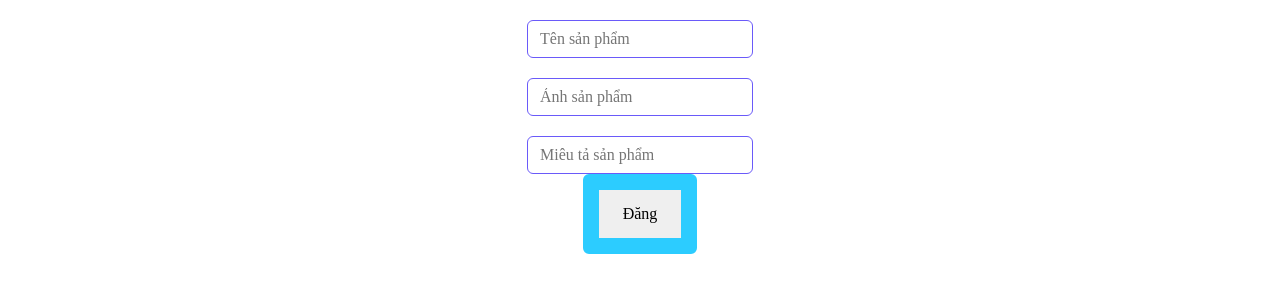
Repository: nguyennam1029/tettt
Page: index.html
An editor plug-in stored every save of this project. The page is shown before and after the next save, followed by the edit.
The browser window is 1280 px wide. The pictures show the whole page.

Above is the page before, as saved 2022-05-30 15:14:04.

After the next save:
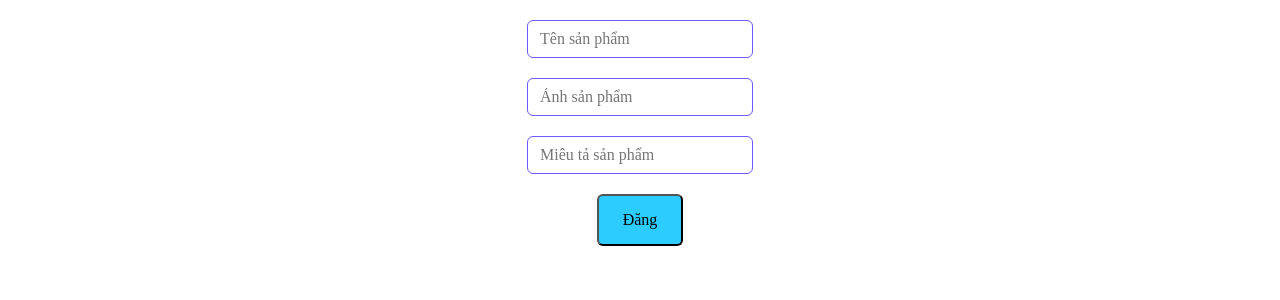
Saved 51 s later.
--- a/css/style.css
+++ b/css/style.css
@@ -60,8 +60,10 @@ h6 {
 }
 .form-btn button {
     /* width: 100%; */
-    border: 1pc solid #2cccff;
+    margin-top: 20px;
+    background-color: #2cccff;
     outline: none;
+
     padding: 12px 24px;
     border-radius: 6px;
     -webkit-border-radius: 6px;
